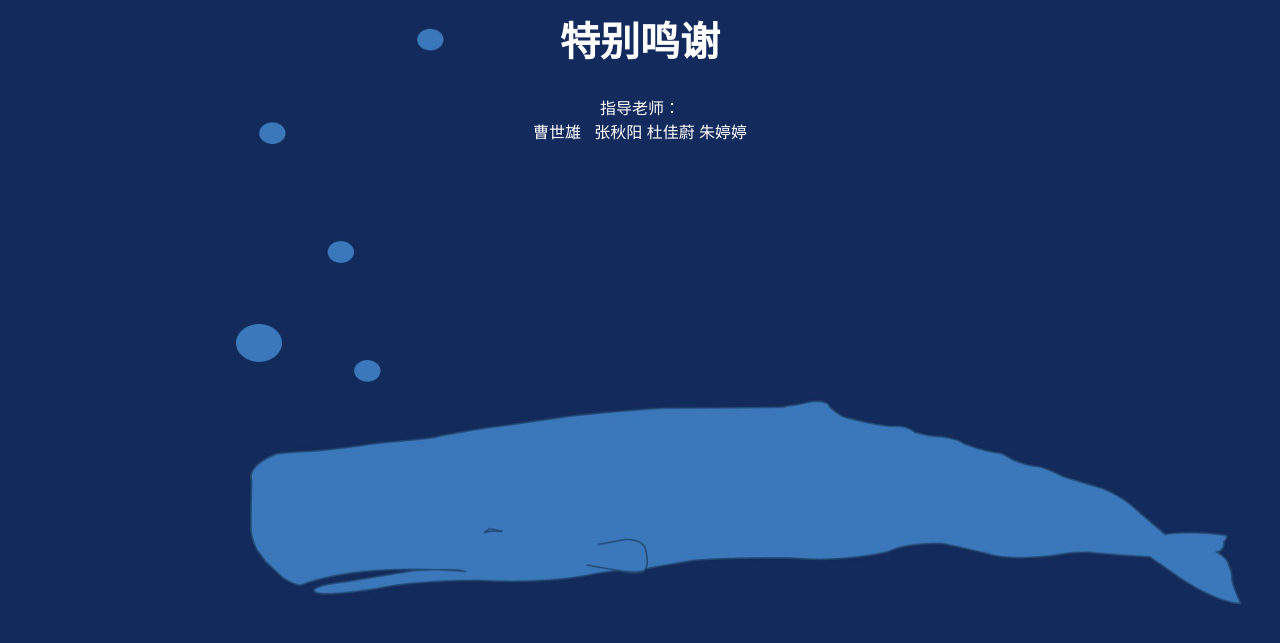
Repository: Akron-xz/helloVue
Page: /#/thanks (app in vue-library/)
These files come from the project's save history. The page is drawn as it stood at one moment and after the next save; the edit follows.
The browser window is 1280 px wide. The pictures show the whole page.
The project was rebuilt for these pictures with package versions that can differ from the ones it lists, and the page was loaded fresh each time. Also part of the build but not shown: vue-library/src/components/homeNav.vue, vue-library/src/views/Home.vue.

Above is the page before, as saved 2020-11-26 17:00:19.

After the next save:
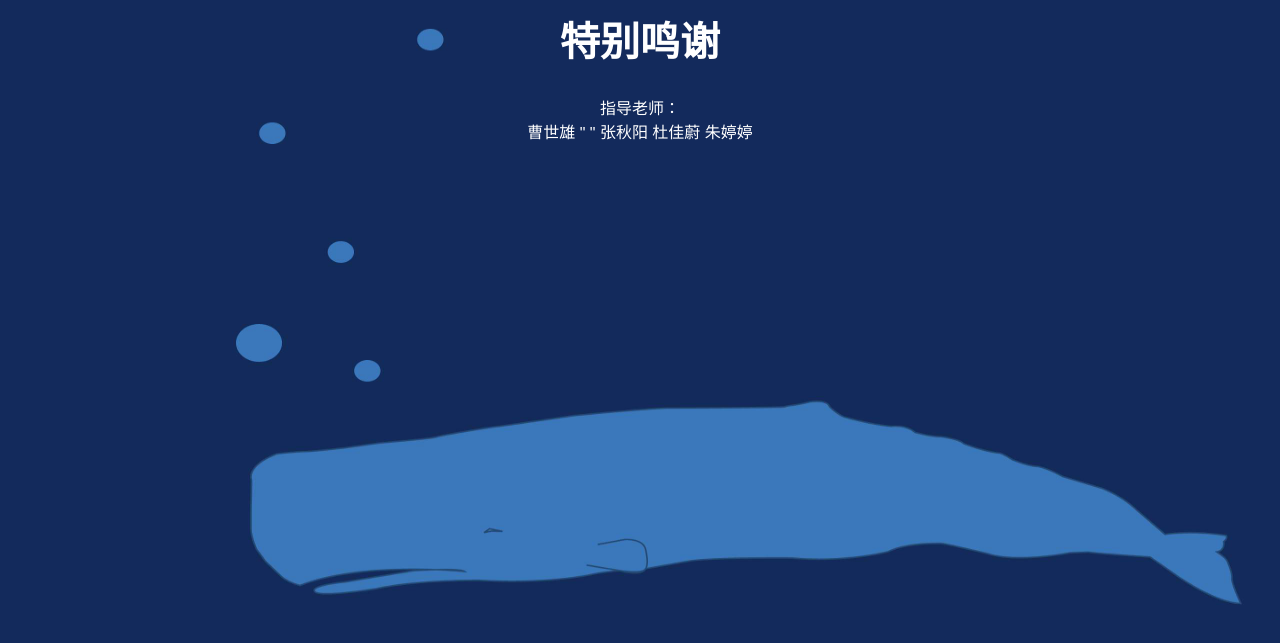
Saved 16 s later.
--- a/vue-library/src/views/Thanks.vue
+++ b/vue-library/src/views/Thanks.vue
@@ -3,7 +3,7 @@
         <h1 class="title">特别鸣谢</h1>
         <p class="thanksWord">
         指导老师：<br>
-        曹世雄 &nbsp;&nbsp;张秋阳  杜佳蔚  朱婷婷
+        曹世雄 "&nbsp;" 张秋阳  杜佳蔚  朱婷婷
 
 
 
